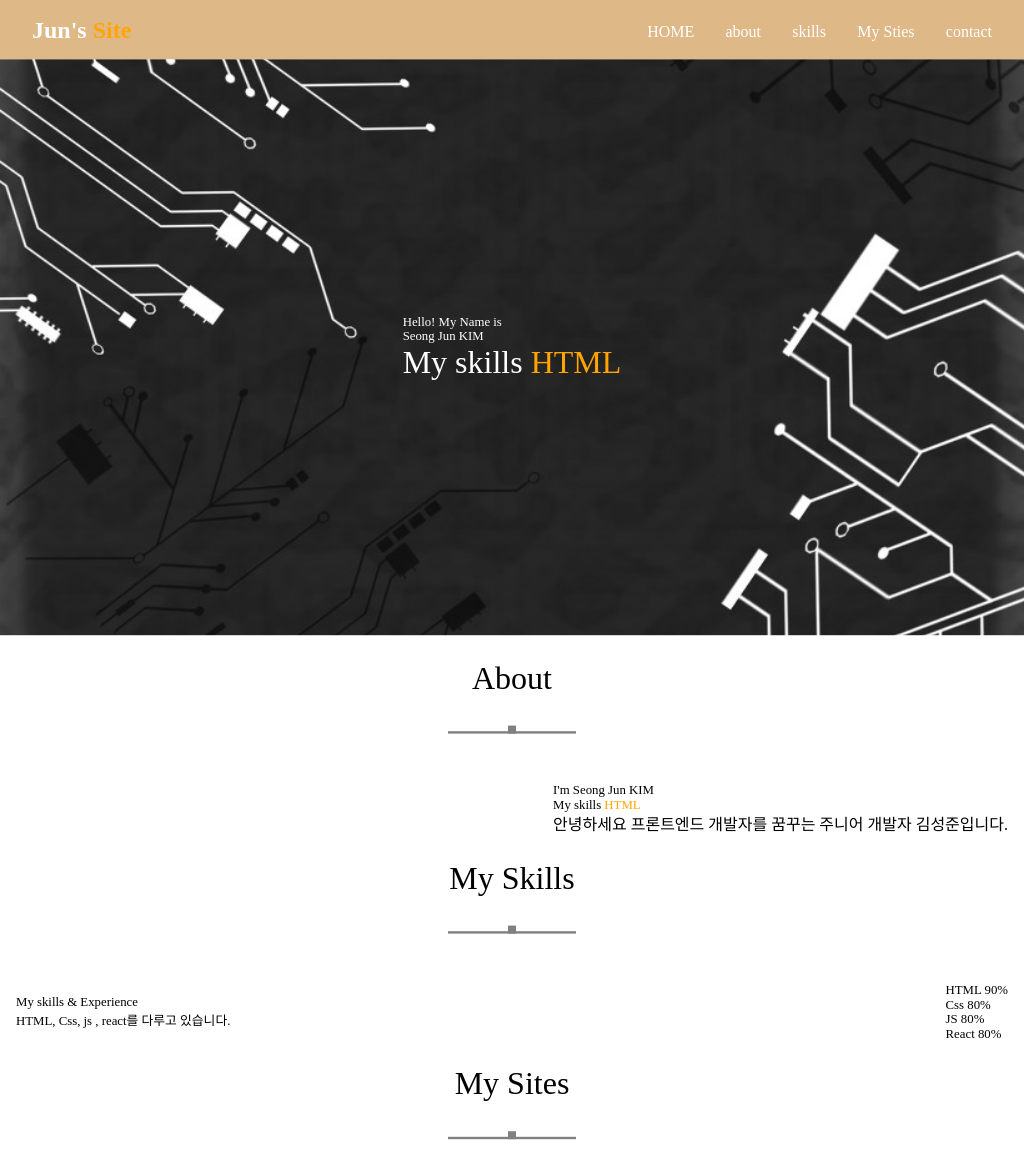
Repository: jun01270/jun
Page: index.html
An editor plug-in stored every save of this project. The page is shown before and after the next save, followed by the edit.
The browser window is 1280 px wide. The pictures show the part of the page from y = 0 to 1461 px (the page is 2479 px tall before and 2474 px after), at 80% of full size.
A picture or video elsewhere on the page could not be fetched, so the positions and the page height are approximate. Some web libraries are served in a nearby version.

Above is the page before, as saved 2023-05-10 12:42:24.

After the next save:
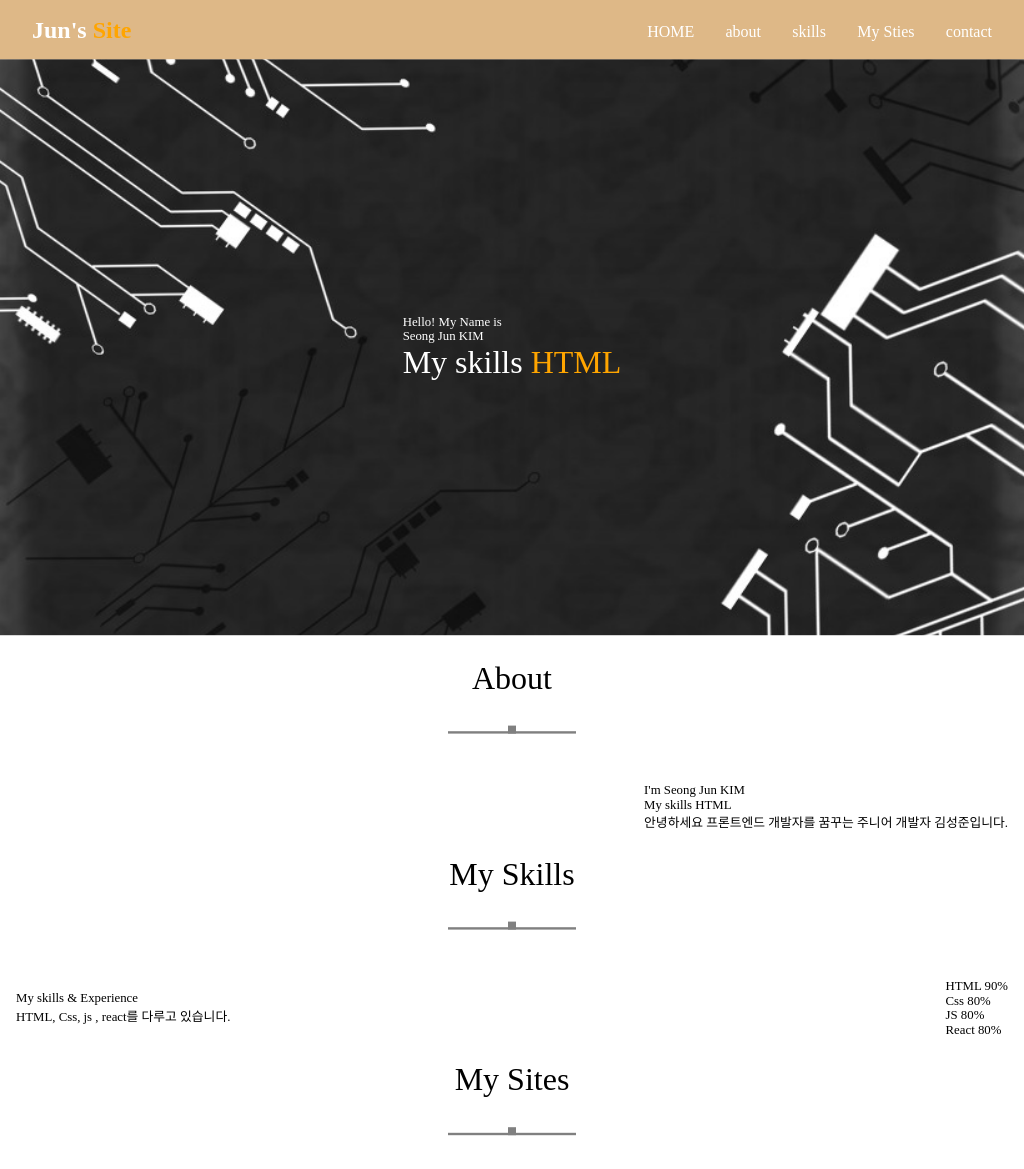
Saved 5 s later.
--- a/css/home.css
+++ b/css/home.css
@@ -28,12 +28,3 @@
   color: orange;
   font-weight: 500;
 }
-
-.about .about-content .right-column .about-skills span {
-  color: orange;
-}
-
-.about .about-content .right-column P {
-  text-align: justify;
-  font-size: 20px;
-}
